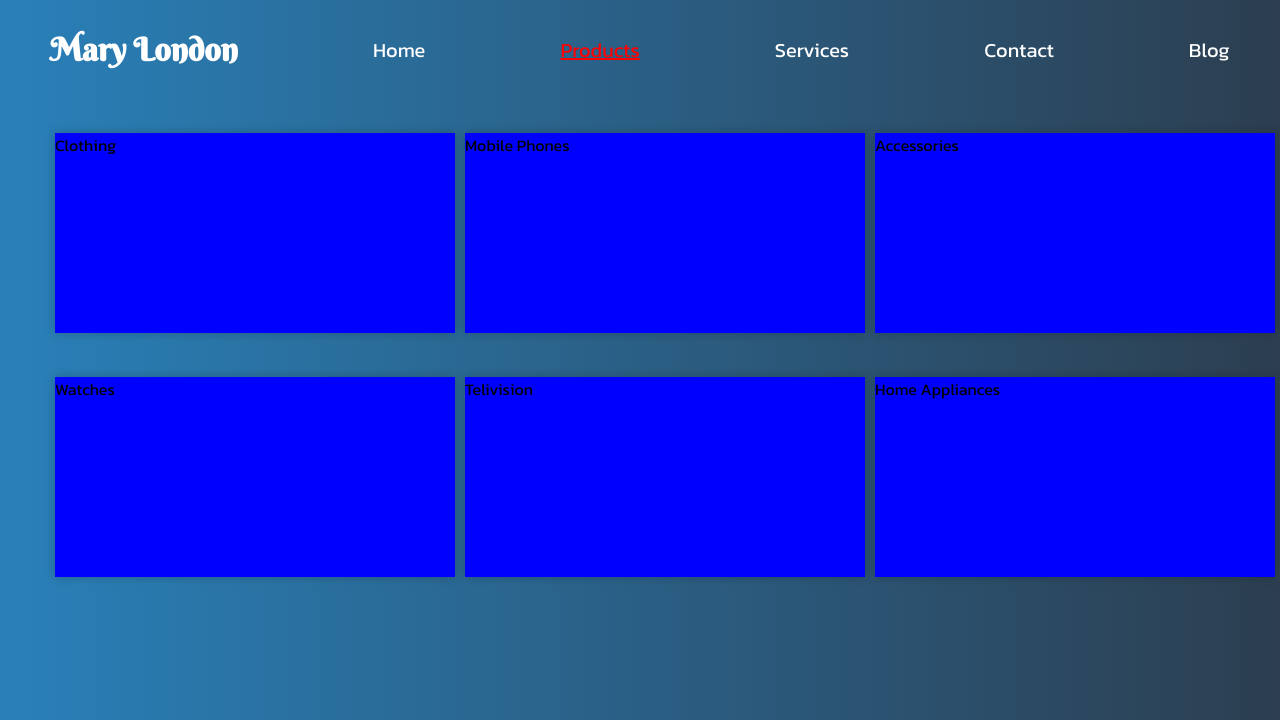
Repository: Habeebur1493/test2
Page: /products
These files come from the project's save history. The page is drawn as it stood at one moment and after the next save; the edit follows.
The browser window is 1280 px wide. The pictures show the whole page.
The project was rebuilt for these pictures with package versions that can differ from the ones it lists, and the page was loaded fresh each time. Also part of the build but not shown: vite.config.js, src/Frontend/Loader/loaderstyle.css, src/Frontend/Firstpage/Home.jsx, src/Frontend/Firstpage/Services.jsx, src/Frontend/Firstpage/Contact.jsx, src/Frontend/Firstpage/Blog.jsx, src/Frontend/Firstpage/ClothingDetails.jsx.

Above is the page before, as saved 2024-12-27 01:43:09.

### index.html
<!doctype html>
<html lang="en">
  <head>
    <meta charset="UTF-8" />
    <meta name="viewport" content="width=device-width, initial-scale=1.0" />
    <link rel="stylesheet" href="https://fonts.googleapis.com/css2?family=Archivo:ital,wght@0,100..900;1,100..900&display=swap">
    <link href='https://unpkg.com/boxicons@2.1.4/css/boxicons.min.css' rel='stylesheet'>
    <title>MaryLondon</title>
  </head>
  <body>


    <div id="root"></div>
    <script type="module" src="/src/main.jsx"></script>
  </body>
</html>

### src/main.jsx
import { createRoot } from "react-dom/client";
import "./index.css";
import App from "./App";
import FrontendContext from "./context/FrontendContext";
import { BrowserRouter } from "react-router-dom";

createRoot(document.getElementById("root")).render(
  <FrontendContext>
    <BrowserRouter>
      <App />
    </BrowserRouter>
  </FrontendContext>
);

### src/App.jsx
import React from "react";
import { Route, Routes } from "react-router-dom";
import Pageloader from "./Frontend/Loader/PageLoader";
import Page1 from "./Frontend/Firstpage/Page1";
import Home from "./Frontend/Firstpage/Home";
import Products from "./Frontend/Firstpage/Products";
import Services from "./Frontend/Firstpage/Services";
import Contact from "./Frontend/Firstpage/Contact";
import Blog from "./Frontend/Firstpage/Blog";
import Nav from "./Frontend/Firstpage/Nav";
import "./App.css";
import "./Frontend/Firstpage/page1.css";
import "./Frontend/Loader/loaderstyle.css";
import ClothingDetails from "./Frontend/Firstpage/ClothingDetails";



const App = () => {
  const banners = [
    "https://s7ap1.scene7.com/is/image/adityabirlafashion/AS_D_HB_285_11_24_WinterRetreat_V1?resMode=sharp2&wid=1600&hei=642",
    "https://m.media-amazon.com/images/S/aplus-media-library-service-media/a79fdedf-c088-4a27-925a-5948d42135e6.__CR0,0,1464,600_PT0_SX1464_V1___.jpg",
    "https://images.hindustantimes.com/tech/img/2021/10/06/1600x900/IMG-20211005-WA0007_1633522371964_1633522436021.jpg",
    "https://www.sony.co.in/content/dam/sony/contents/regional-FSMC/india/common/homepage/primary-tout/2024/cich-bravia/CICH-Banner_D.jpg",
    "https://www.boat-lifestyle.com/cdn/shop/files/480_Desktop_2_1440x.png?v=1733813003",
  ];

  return (
    <div>
      <Pageloader />
      <Page1 />
      <Nav />
      <Routes>
        <Route path="/" element={<Home banners ={banners}/>} />
               <Route path="/products" element={<Products />}>
                    <Route
                        path="/products/:category"
                        element={<ClothingDetails />}
                    />
                </Route>
        <Route path="/services" element={<Services />} />
        <Route path="/contact" element={<Contact />} />
        <Route path="/blog" element={<Blog />} />
      </Routes>


    </div>
  );
};

export default App;

### src/context/FrontendContext.jsx
import { createContext, useState } from "react";




export const datacontext = createContext(null);

const FrontendContext = (props) => {
  const [data, setData] = useState("");

return (
  <datacontext.Provider value={[data, setData]}>
    {props.children}
  </datacontext.Provider>
);
};

export default FrontendContext;

### src/Frontend/Loader/PageLoader.jsx
import React, { useState, useEffect } from "react";
import { gsap } from "gsap";
import "./loaderstyle.css";





const App = () => {
  const [showScreen, setShowScreen] = useState(true);

  // Helper function to split text into individual letters
  const splitText = (text) =>
    text.split("").map((char, index) => (
      <span key={index} className="letter">
        {char}
      </span>
    ));

  // Part 1: Animation for spinning letters
  useEffect(() => {
    const letters = document.querySelectorAll(".letter");

    const animation = gsap.fromTo(
      letters,
      { rotationY: 0 },
      {
        rotationY: 360,
        duration: 1,
        repeat: -1,
        ease: "power1.inOut",
        stagger: 0.1,
      }
    );

    return () => {
      animation.kill();
    };
  }, []);

  // Part 2: Screen timeout
  useEffect(() => {
    const timer = setTimeout(() => {
      setShowScreen(false);
    }, 3000);

    return () => clearTimeout(timer);
  }, []);

  return (
    <div>
      {showScreen ? (
        <div className="screen">
          <div className="text-container">
            <div className="text">{splitText("Mary")}</div>
            <div className="loader"></div>
            <div className="text">{splitText("London")}</div>
          </div>
        </div>
      ) : (
        <div>

        </div>
      )}
    </div>
  );
};

export default App;

### src/Frontend/Firstpage/Page1.jsx
import React from "react";
import "./page1.css";


const Page1 = () => {
  return (
    <div className="page1">
      <div className="overlay">

      </div>
    </div>
  );
};

export default Page1;

### src/Frontend/Firstpage/Products.jsx
import React from "react";
import "./page1.css";
import { Link } from "react-router-dom";


const Products = () => {



  return (
    <div>
      <div className="container">
        <div  className="box1">
          <Link to="/products/clothing">
          Clothing
          </Link>
        </div>
        <div className="box2">
          <Link>Mobile Phones</Link>
        </div>
        <div className="box3">
          <Link>Accessories</Link>
        </div>
        <div className="box4">
          <Link>Watches</Link>
        </div>
        <div className="box5">
          <Link>
          Telivision
          </Link>
        </div>
        <div className="box6">
          <Link>Home Appliances</Link>
        </div>
      </div>
    </div>
  );
};

export default Products;

### src/Frontend/Firstpage/Nav.jsx
import React, { useEffect } from "react";
import { NavLink } from "react-router-dom";
import gsap from "gsap";
import "./page1.css";

const Nav = () => {
  const activeStyle = {
    textDecoration: "underline",
    color: "red",

};

  useEffect(() => {
    const navLinks = document.querySelectorAll("nav a");


    // Animate the navigation links
    gsap.from(navLinks, {
      opacity: 0,
      x: -50,
      duration: 1,
      delay: 4,
      stagger: 0.2, // Adds a delay between each link
    });
  }, []);

  return (
    <nav>
      <h1>Mary London</h1>

      <NavLink to="/" style={({ isActive }) => (isActive ? activeStyle : null)}>
        Home
      </NavLink>
      <NavLink to="/products" style={({ isActive }) => (isActive ? activeStyle : null)}>
        Products
      </NavLink>
      <NavLink to="/services" style={({ isActive }) => (isActive ? activeStyle : null)}>
        Services
      </NavLink>
      <NavLink to="/contact" style={({ isActive }) => (isActive ? activeStyle : null)}>
        Contact
      </NavLink>
      <NavLink to="/blog" style={({ isActive }) => (isActive ? activeStyle : null)}>
        Blog
      </NavLink>
    </nav>
  );
};

export default Nav;

### src/App.css
@import url('https://fonts.googleapis.com/css2?family=Berkshire+Swash&display=swap');



body{
    background-color: #cc9b9b;
}

nav{
    display: flex;
    justify-content: space-between;
    align-items: center;
    padding: 0px 50px;
    background-color: #b9abf700;
    color: #fff;


}
nav ul{
    display: flex;
    list-style: none;
    gap: 10px;
    font-size: 20px;
    padding: 20px;
    font-weight: 600;


}
nav ul li a{
    cursor: pointer;
    text-decoration: none;
    color: #fff;

}


.page1{
    height: 100%;
    width: 100%;

}

.logo{
    display: flex;
    align-items: center;
    margin-top: 20px;
}
.logo img{
    width: 120px;
    height: 120px;
    padding-bottom: 15px;
}

.logo h1{
    font-size: 32px;
    color: black;
    font-weight: 900;
    font-family: Berkshire Swash;
    border-bottom: 5px solid black;
    display: inline-block;
    width: 160px;
    text-align: center;

}

### src/Frontend/Firstpage/page1.css
@import url('https://fonts.googleapis.com/css2?family=Berkshire+Swash&display=swap');
@import url('https://fonts.googleapis.com/css2?family=Kanit:ital,wght@0,100;0,200;0,300;0,400;0,500;0,600;0,700;0,800;0,900;1,100;1,200;1,300;1,400;1,500;1,600;1,700;1,800;1,900&display=swap');



body{
  font-family: "Kanit", serif;
  background-image: linear-gradient(to right, #2980b9,#2c3e50);
}


nav{
    display: flex;
    justify-content: space-evenly;
    align-items: center;
    gap: 10px;
    height: 100px;
    width: 100%;
    font-family: "Kanit", serif;
    position: fixed;
    z-index: 1;
    font-size: 20px;
    color: #fff;
}


.page1{
    height: 100%;
    width: 100%;

}


.overlay{
    background-color: rgba(0, 0, 0, 0);
    position: absolute;
    top: 0;
    left: 0;
    width: 100%;
    height: 100%;
}

nav h1{
    font-size: 32px;
    color: #fff;
    font-weight: 900;
    font-family: Berkshire Swash;
    text-align: center;
}

.slider-container {
    position: relative;
    width: 80%;
    height: 600px;
    overflow: hidden;
    margin: 0 auto;
    padding-top: 150px;
}

  .slider-wrapper {
    width: 100%;
    height: 100%;
  }

  .slider-content {
    display: flex;
    transition: transform 0.5s ease-in-out;
    height: 100%;
  }

  .slide {
    width: 100%;
    height: 100%;
    flex-shrink: 0;
  }

  .prev-button,
  .next-button {
    position: absolute;
    top: 60%;
    transform: translateY(-50%);
    background: rgba(238, 236, 236, 0.5);
    color: white;
    border: none;
    padding: 10px 15px;
    cursor: pointer;
    z-index: 1000;
    border-radius: 50%;
}

  .prev-button {
    left: 10px;
  }

  .next-button {
    right: 10px;
  }

  .dots {
    position: absolute;
    bottom: 15px;
    left: 50%;
    transform: translateX(-50%);
    display: flex;
    gap: 5px;
  }

  .dot {
    width: 10px;
    height: 10px;
    background: white;
    border-radius: 50%;
    cursor: pointer;
  }

  .dot.active {
    background: black;
  }


  .container{
    grid-template-rows: 2fr 1fr 1fr;
    grid-template-columns: 1fr 1fr 1fr;
    display: grid;
    justify-items: center;
    align-items: center;
    height: 100vh;
    width: 100%;
    z-index: 1;
    padding-top: 90px;
    padding-left: 50px;

  }

  .container .box1{
    background-color: blue;
    height: 200px;
    width: 400px;
    box-shadow: 0 0 10px rgba(0, 0, 0, 0.2);
    transition: transform 0.3s ease-in-out;
    cursor: pointer;
  }
  .container .box2{
    background-color: blue;
    height: 200px;
    width: 400px;
    box-shadow: 0 0 10px rgba(0, 0, 0, 0.2);
    transition: transform 0.3s ease-in-out;
    cursor: pointer;
  }
  .container .box3{
    background-color: blue;
    height: 200px;
    width: 400px;
    box-shadow: 0 0 10px rgba(0, 0, 0, 0.2);
    transition: transform 0.3s ease-in-out;
    cursor: pointer;
  }
 .container .box4{
    background-color: blue;
    height: 200px;
    width: 400px;
    box-shadow: 0 0 10px rgba(0, 0, 0, 0.2);
    transition: transform 0.3s ease-in-out;
    cursor: pointer;
  }
  .container .box5{
    background-color: blue;
    height: 200px;
    width: 400px;
    box-shadow: 0 0 10px rgba(0, 0, 0, 0.2);
    transition: transform 0.3s ease-in-out;
    cursor: pointer;
  }
  .container .box6{
    background-color: blue;
    height: 200px;
    width: 400px;
    box-shadow: 0 0 10px rgba(0, 0, 0, 0.2);
    transition: transform 0.3s ease-in-out;
    cursor: pointer;


}

  .container .box1:hover{
    transform: scale(1.1);
  }
  .container .box2:hover{
    transform: scale(1.1);
  }
  .container .box3:hover{
    transform: scale(1.1);
  }
  .container .box4:hover{
    transform: scale(1.1);
  }
  .container .box5:hover{
    transform: scale(1.1);
  }
  .container .box6:hover{
    transform: scale(1.1);
  }


  .container h1{
    text-align: center;
    color: #fff;
    font-family: 'Gill Sans', 'Gill Sans MT', Calibri, 'Trebuchet MS', sans-serif;
    font-size: 30px;
  }


  .container1{
    display: flex;
  }

  .column1{
    height: 80%;
    width: 30%;
    background-color: #2980b9;
  }

  .column2{
    height: 80%;
    width: 70%;
    background-color: #2c3e50;
  }

Loaded but not shown: src/index.css (common file); tailwind.config.js (common file)

After the next save:
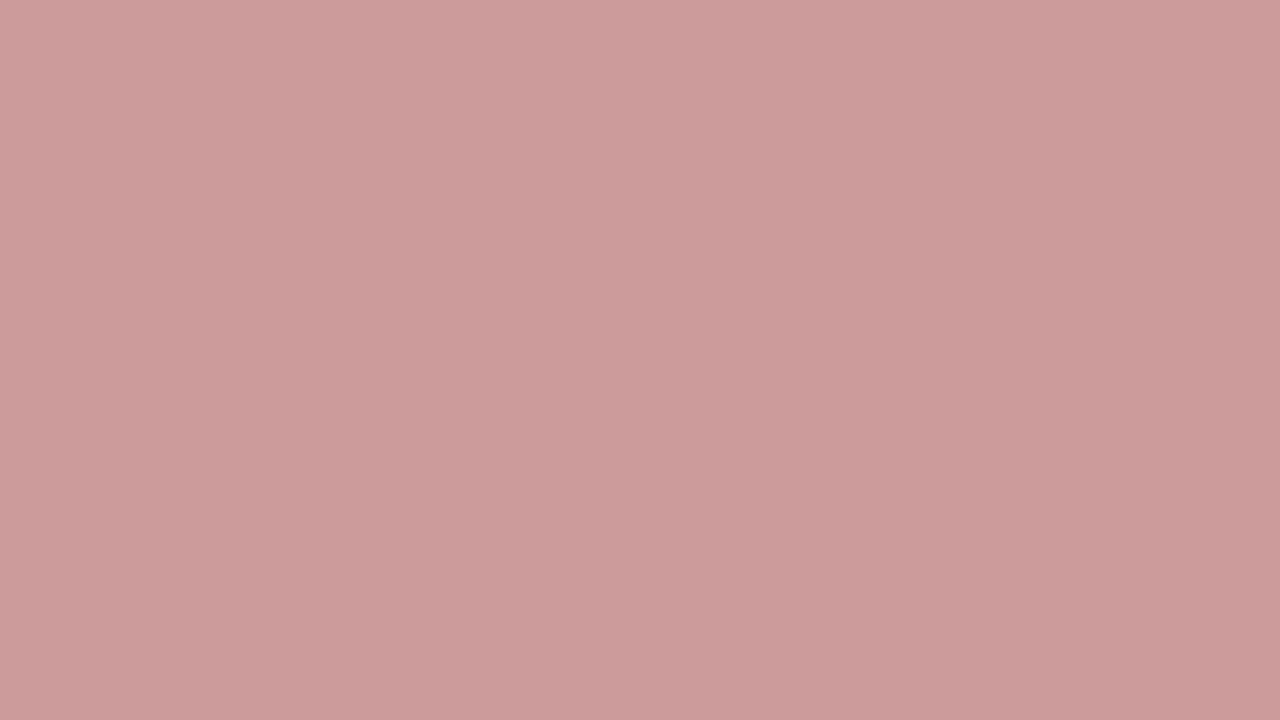
Console error: ReferenceError: Outlet is not defined
Saved 115 s later.
--- a/src/Frontend/Firstpage/Products.jsx
+++ b/src/Frontend/Firstpage/Products.jsx
@@ -33,6 +33,7 @@
           <Link>Home Appliances</Link>
         </div>
       </div>
+      <Outlet></Outlet>
     </div>
   );
 };

After the 4 saves that followed:
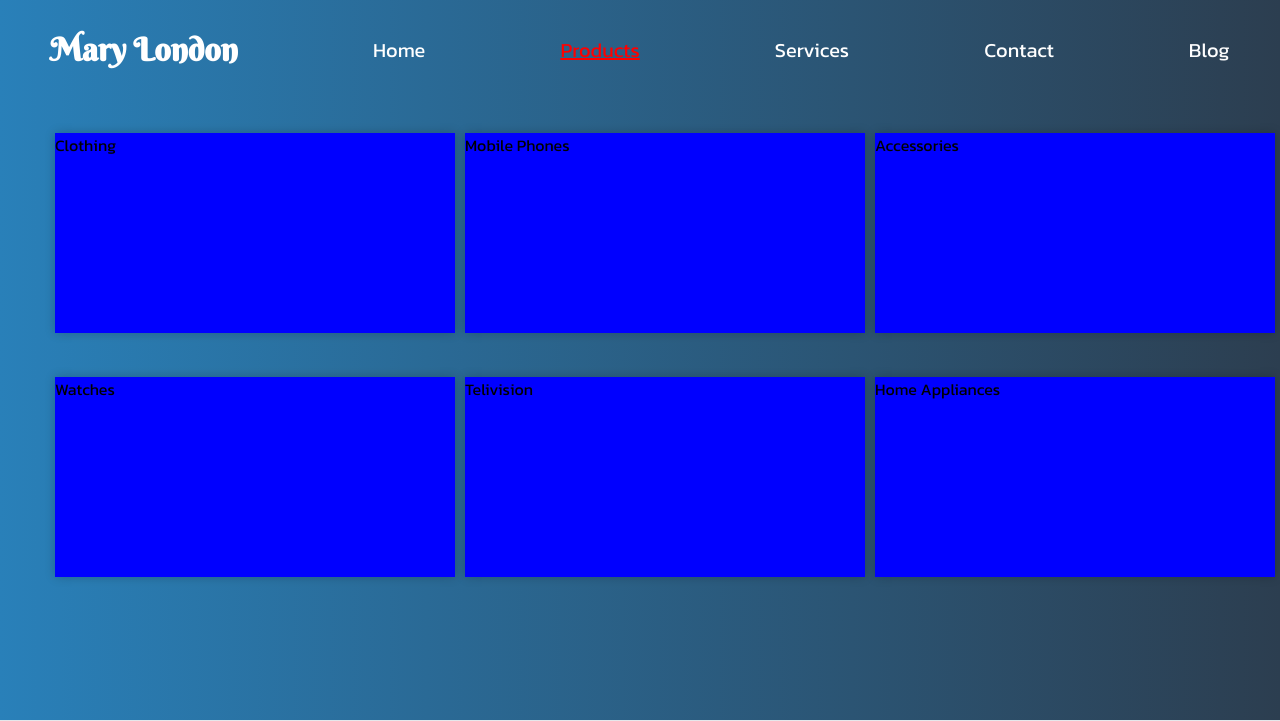
The error is gone.
The 4 saves are shown as one change because 3 did not build or start.
The last was saved 44 s later.
--- a/src/Frontend/Firstpage/Products.jsx
+++ b/src/Frontend/Firstpage/Products.jsx
@@ -1,6 +1,6 @@
 import React from "react";
 import "./page1.css";
-import { Link } from "react-router-dom";
+import { Link, Outlet } from "react-router-dom";
 
 
 const Products = () => {
@@ -33,7 +33,9 @@
           <Link>Home Appliances</Link>
         </div>
       </div>
-      <Outlet></Outlet>
+      <hr />
+
+     <Outlet/>
     </div>
   );
 };
